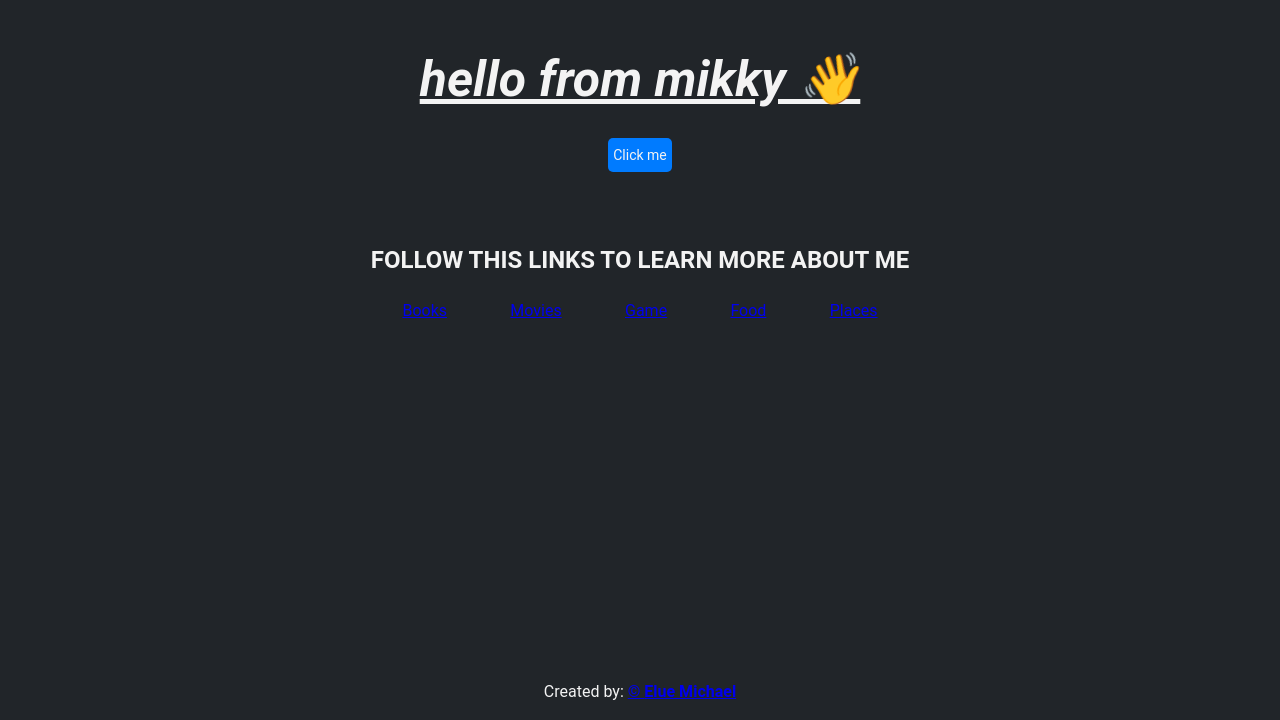
Repository: MikkyPrestige/html-website
Page: index.html
An editor plug-in stored every save of this project. The page is shown before and after the next save, followed by the edit.
The browser window is 1280 px wide. The pictures show the whole page.

Above is the page before, as saved 2023-04-29 02:10:19.

### index.html
<!DOCTYPE html>
<html lang="en">

<head>
  <meta charset="UTF-8">
  <meta http-equiv="X-UA-Compatible" content="IE=edge">
  <meta name="viewport" content="width=device-width, initial-scale=1.0">
  <title>Links & Images</title>
  <link rel="stylesheet" href="./index.css">
</head>

<body>
  <main class="main">
    <section class="section">
    <h1 style="font-size: 50px; font-style: italic;"><u>hello from mikky 👋</u></h1>
    <div class="btn">
      <a href="https://theuselessweb.com/" target="_blank" class="btn-link">Click me</a>
    </div>
    <section class="section1">
      <h2 class="section1-header">Follow this links to learn more about me</h2>
      <div class="section1-content">
        <p class="section1-text">
          <a href="./pages/books.html" class="section1-link">Books</a>
        </p>
        <p class="section1-text">
          <a href="./pages/movies.html" class="section1-link">Movies</a>
        </p>
        <p class="section1-text">
          <a href="./pages/games.html" class="section1-link">Game</a>
        </p>
        <p class="section1-text">
          <a href="./pages/food.html" class="section1-link">Food</a>
        </p>
        <p class="section1-text">
          <a href="./pages/places.html" class="section1-link">Places</a>
        </p>
      </div>
    </section>
  </section>
    <!-- <div>
        <p>Just a random image</p>
        <img src="./images/first.img.jpg" alt="First Image">
      </div> -->
    <footer class="footer">
      <p class="footer-text">Created by: <a href="https://github.com/MeekyBerry" target="_blank" class="footer-link">
          &copy; <strong>Elue Michael</strong>
        </a>
        </a>
    </footer>
  </main>
</body>

</html>

### index.css
body {
    background-color: #212529;
    font-family: 'Roboto', sans-serif;
    font-size: 16px;
    font-weight: 400;
    line-height: 1.5;
    color: #f3f3f3;
    text-align: left;
    margin: 0;
    padding: 0;
    width: 100%;
    height: 100vh;
}

.main {
    display: flex;
    flex-direction: column;
    justify-content: space-between;
    align-items: center;
    height: 100%;
}

.section {
    display: flex;
    flex-direction: column;
    justify-content: center;
    align-items: center;
    width: 100%;
}

.btn {
    background-color: #007bff;
    padding: 5px;
    border-radius: 5px;
    transition: all .15s ease-in-out;
    border: none;
    outline: none;
    margin: -20px 0 50px 0;
}

.btn:hover {
    background-color: #0069d9;
}

.btn-link {
    color: #f3f3f3;
    font-size: 14px;
    text-decoration: none;
    cursor: pointer;
}

.section1 {
    display: flex;
    flex-direction: column;
    justify-content: center;
    align-items: center;
}

.section1-header {
    font-size: 24px;
    font-weight: 700;
    margin-bottom: 5px;
    text-transform: uppercase;
}

.section1-content {
    display: flex;
    justify-content: space-around;
    align-items: center;
    width: 100%;
}

After the next save:
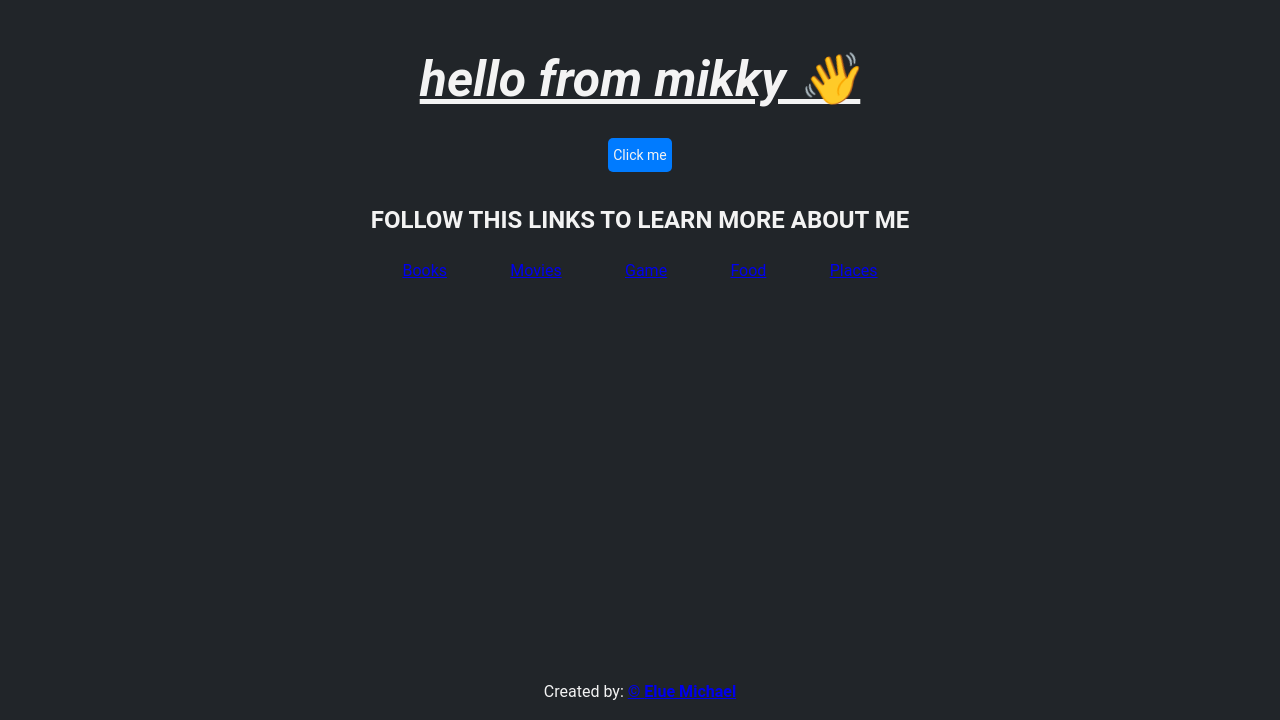
Saved 6 s later.
--- a/index.css
+++ b/index.css
@@ -35,7 +35,7 @@
     transition: all .15s ease-in-out;
     border: none;
     outline: none;
-    margin: -20px 0 50px 0;
+    margin: -20px 0 10px 0;
 }
 
 .btn:hover {

After the save that followed:
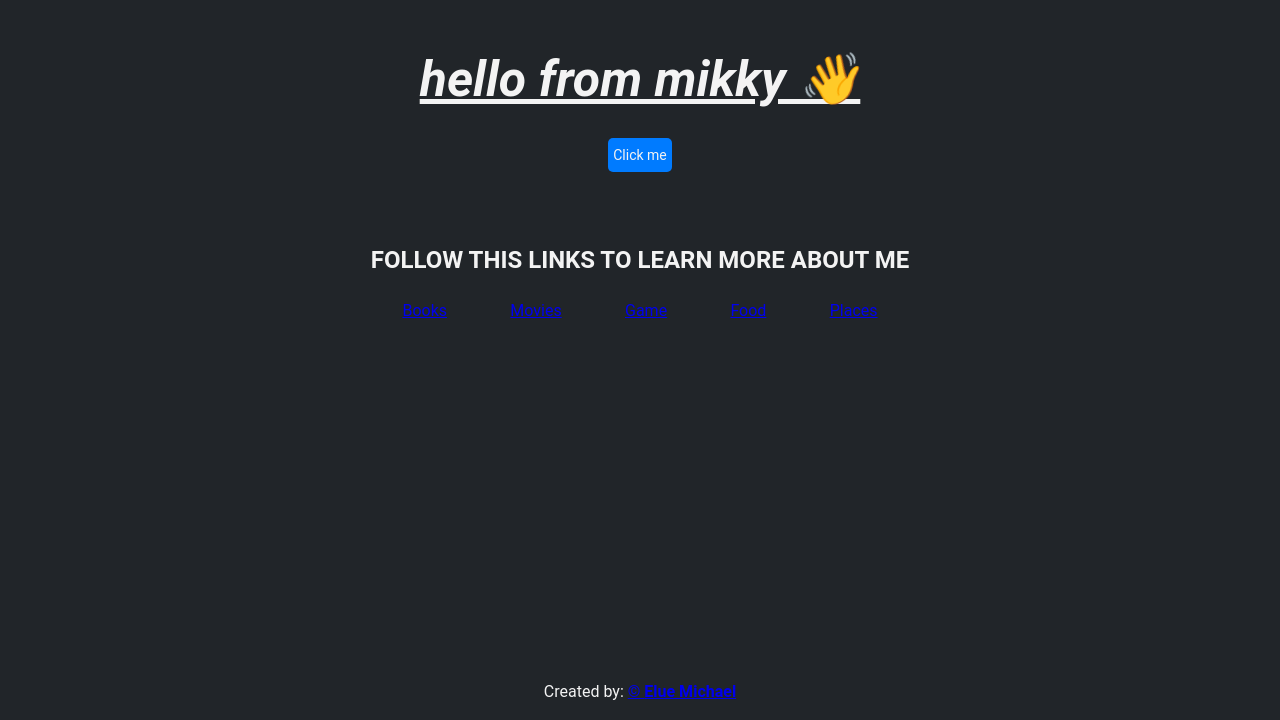
Saved 7 s later.
--- a/index.css
+++ b/index.css
@@ -35,7 +35,7 @@
     transition: all .15s ease-in-out;
     border: none;
     outline: none;
-    margin: -20px 0 10px 0;
+    margin: -20px 0 50px 0;
 }
 
 .btn:hover {
